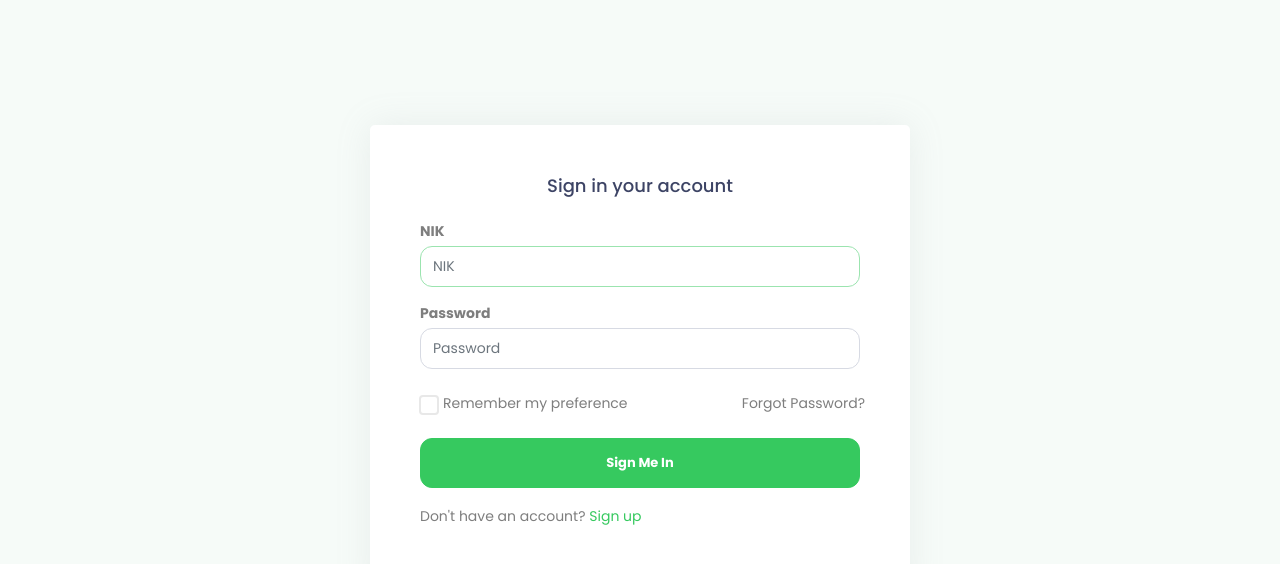
Repository: muhammadzainiy31/skripsi
Page: http://localhost/
These files come from the project's save history. The page is drawn as it stood at one moment and after the next save; the edit follows.
The browser window is 1280 px wide. The pictures show the whole page.
The page is run by PHP 8.4 with error messages shown; the project is at /var/www/html/. Other server files are loaded and not shown.

Above is the page before, as saved 2023-07-01 22:25:20.
Console error (its wording comes from the project's code and is left out).

### index.php
<?php
session_start();
include "koneksi.php";

if (isset($_POST["login"])) {
    $nik = $_POST["nik"];
    $password = $_POST["password"];

    $query = "SELECT * FROM tb_user WHERE nik ='$nik'";
    $result = mysqli_query($conn, $query);

    if (mysqli_num_rows($result) == 1) {
        $hasil = mysqli_fetch_assoc($result);

        if (password_verify($password, $hasil["password"])) {
            $_SESSION = [
                "login" => true,
                "id" => $hasil["id"],
                "nm_user" => $hasil["nm_user"],
                "nik" => $hasil["nik"],
                "status" => $hasil["status"],
                "level" => $hasil["level"]
            ];

            $kode = uniqid();
            $update = mysqli_query($conn, "UPDATE tb_user SET kode ='$kode' WHERE nik='$nik'");

            $_SESSION["kode"] = $kode;

            $level = $hasil["level"];
            $redirect = ($level == 1) ? "Location:surat/index.php" : "Location:./user/index.php";
            header($redirect);
            exit;
        }
    }

    $error = true;
}
?>

<!DOCTYPE html>
<html lang="en" class="h-100">

<head>
    <meta charset="utf-8">
    <meta http-equiv="X-UA-Compatible" content="IE=edge">
    <meta name="viewport" content="width=device-width,initial-scale=1">
    <title>LOGIN APPLIKASI RDO SDC BANJARMASIN</title>
    <!-- Favicon icon -->
    <link rel="icon" type="image/png" sizes="16x16" href="./images/favicon.png">
    <link href="./css/style.css" rel="stylesheet">
</head>

<body class="h-100">
    <div class="authincation h-100">
        <div class="container h-100">
            <div class="row justify-content-center h-100 align-items-center">
                <div class="col-md-6">
                    <div class="authincation-content">
                        <div class="row no-gutters">
                            <div class="col-xl-12">
                                <div class="auth-form">
                                    <h4 class="text-center mb-4">Sign in your account</h4>
                                    <form action="" method="POST">
                                        <div class="form-group">
                                            <label class="mb-1" for="nik"><strong>NIK</strong></label>
                                            <input type="text" class="form-control" name="nik" id="nik" placeholder="NIK" autofocus required>
                                        </div>
                                        <div class="form-group">
                                            <label class="mb-1" for="password"><strong>Password</strong></label>
                                            <input type="password" class="form-control" name="password" id="password" placeholder="Password" required>
                                        </div>
                                        <div class="form-row d-flex justify-content-between mt-4 mb-2">
                                            <div class="form-group">
                                                <div class="custom-control custom-checkbox ml-1">
                                                    <input type="checkbox" class="custom-control-input" id="basic_checkbox_1">
                                                    <label class="custom-control-label" for="basic_checkbox_1">Remember my preference</label>
                                                </div>
                                            </div>
                                            <div class="form-group">
                                                <a href="page-forgot-password.html">Forgot Password?</a>
                                            </div>
                                        </div>
                                        <div class="text-center">
                                            <button type="submit" name="login" value="login" class="btn btn-primary btn-block">Sign Me In</button>
                                        </div>
                                    </form>
                                    <div class="new-account mt-3">
                                        <p>Don't have an account? <a class="text-primary" href="./page-register.html">Sign up</a></p>
                                    </div>
                                </div>
                            </div>
                        </div>
                    </div>
                </div>
            </div>
        </div>
    </div>

    <!--**********************************
        Scripts
    ***********************************-->
    <!-- Required vendors -->
    <script src="./vendor/global/global.min.js"></script>
    <script src="./vendor/bootstrap-select/dist/js/bootstrap-select.min.js"></script>
    <script src="./js/custom.min.js"></script>
    <script src="./js/deznav-init.js"></script>
</body>

</html>

### koneksi.php
<?php
$conn = mysqli_connect ("localhost", "root","","db_report_delivery_order");
date_default_timezone_set("Asia/Singapore");

### icons/avasta/css/style.css
/*--------------------------------

avasta Web Font
Generated using nucleoapp.com

-------------------------------- */
@font-face {
  font-family: 'avasta';
  src: url('../fonts/avasta.eot');
  src: url('../fonts/avasta.eot') format('embedded-opentype'), url('../fonts/avasta.woff2') format('woff2'), url('../fonts/avasta.woff') format('woff'), url('../fonts/avasta.ttf') format('truetype'), url('../fonts/avasta.svg') format('svg');
  font-weight: normal;
  font-style: normal;
}
/*------------------------
	base class definition
-------------------------*/
.icon {
  display: inline-block;
  font: normal normal normal 1em/1 'avasta';
  speak: none;
  text-transform: none;
  /* Better Font Rendering */
  -webkit-font-smoothing: antialiased;
  -moz-osx-font-smoothing: grayscale;
}
/*------------------------
  change icon size
-------------------------*/
/* relative units */
.icon-sm {
  font-size: 0.8em;
}
.icon-lg {
  font-size: 1.2em;
}
/* absolute units */
.icon-16 {
  font-size: 16px;
}
.icon-32 {
  font-size: 32px;
}
/*----------------------------------
  add a square/circle background
-----------------------------------*/
.icon-bg-square,
.icon-bg-circle {
  padding: 0.35em;
  background-color: #eee;
}
.icon-bg-circle {
  border-radius: 50%;
}
/*------------------------------------
  use icons as list item markers
-------------------------------------*/
.icon-ul {
  padding-left: 0;
  list-style-type: none;
}
.icon-ul > li {
  display: flex;
  align-items: flex-start;
  line-height: 1.4;
}
.icon-ul > li > .icon {
  margin-right: 0.4em;
  line-height: inherit;
}
/*------------------------
  spinning icons
-------------------------*/
.icon-is-spinning {
  -webkit-animation: icon-spin 2s infinite linear;
  -moz-animation: icon-spin 2s infinite linear;
  animation: icon-spin 2s infinite linear;
}
@-webkit-keyframes icon-spin {
  0% {
    -webkit-transform: rotate(0deg);
  }
  100% {
    -webkit-transform: rotate(360deg);
  }
}
@-moz-keyframes icon-spin {
  0% {
    -moz-transform: rotate(0deg);
  }
  100% {
    -moz-transform: rotate(360deg);
  }
}
@keyframes icon-spin {
  0% {
    -webkit-transform: rotate(0deg);
    -moz-transform: rotate(0deg);
    -ms-transform: rotate(0deg);
    -o-transform: rotate(0deg);
    transform: rotate(0deg);
  }
  100% {
    -webkit-transform: rotate(360deg);
    -moz-transform: rotate(360deg);
    -ms-transform: rotate(360deg);
    -o-transform: rotate(360deg);
    transform: rotate(360deg);
  }
}
/*------------------------
  rotated/flipped icons
-------------------------*/
.icon-rotate-90 {
  filter: progid:DXImageTransform.Microsoft.BasicImage(rotation=1);
  -webkit-transform: rotate(90deg);
  -moz-transform: rotate(90deg);
  -ms-transform: rotate(90deg);
  -o-transform: rotate(90deg);
  transform: rotate(90deg);
}
.icon-rotate-180 {
  filter: progid:DXImageTransform.Microsoft.BasicImage(rotation=2);
  -webkit-transform: rotate(180deg);
  -moz-transform: rotate(180deg);
  -ms-transform: rotate(180deg);
  -o-transform: rotate(180deg);
  transform: rotate(180deg);
}
.icon-rotate-270 {
  filter: progid:DXImageTransform.Microsoft.BasicImage(rotation=3);
  -webkit-transform: rotate(270deg);
  -moz-transform: rotate(270deg);
  -ms-transform: rotate(270deg);
  -o-transform: rotate(270deg);
  transform: rotate(270deg);
}
.icon-flip-y {
  filter: progid:DXImageTransform.Microsoft.BasicImage(rotation=0);
  -webkit-transform: scale(-1, 1);
  -moz-transform: scale(-1, 1);
  -ms-transform: scale(-1, 1);
  -o-transform: scale(-1, 1);
  transform: scale(-1, 1);
}
.icon-flip-x {
  filter: progid:DXImageTransform.Microsoft.BasicImage(rotation=2);
  -webkit-transform: scale(1, -1);
  -moz-transform: scale(1, -1);
  -ms-transform: scale(1, -1);
  -o-transform: scale(1, -1);
  transform: scale(1, -1);
}
/*------------------------
	icons
-------------------------*/

.icon-cloud-download-95::before {
  content: "\ea02";
}

.icon-home-minimal::before {
  content: "\ea03";
}

.icon-single-04::before {
  content: "\ea04";
}

.icon-users-mm::before {
  content: "\ea05";
}

.icon-webpage::before {
  content: "\ea06";
}

.icon-layout-25::before {
  content: "\ea07";
}

.icon-analytics::before {
  content: "\ea08";
}

.icon-chart-pie-36::before {
  content: "\ea09";
}

.icon-chart-bar-33::before {
  content: "\ea0a";
}

.icon-single-copy-06::before {
  content: "\ea0b";
}

.icon-home::before {
  content: "\ea0c";
}

.icon-single-content-03::before {
  content: "\ea0d";
}

.icon-bell-53::before {
  content: "\ea0e";
}

.icon-email-84::before {
  content: "\ea0f";
}

.icon-send::before {
  content: "\ea10";
}

.icon-at-sign::before {
  content: "\ea11";
}

.icon-attach-87::before {
  content: "\ea12";
}

.icon-edit-72::before {
  content: "\ea13";
}

.icon-tail-right::before {
  content: "\ea14";
}

.icon-minimal-right::before {
  content: "\ea15";
}

.icon-tail-left::before {
  content: "\ea16";
}

.icon-minimal-left::before {
  content: "\ea17";
}

.icon-tail-up::before {
  content: "\ea18";
}

.icon-minimal-up::before {
  content: "\ea19";
}

.icon-minimal-down::before {
  content: "\ea1a";
}

.icon-tail-down::before {
  content: "\ea1b";
}

.icon-settings-gear-64::before {
  content: "\ea1c";
}

.icon-settings::before {
  content: "\ea1d";
}

.icon-menu-dots::before {
  content: "\ea1e";
}

.icon-menu-left::before {
  content: "\ea1f";
}

.icon-funnel-40::before {
  content: "\ea20";
}

.icon-filter::before {
  content: "\ea21";
}

.icon-preferences-circle::before {
  content: "\ea22";
}

.icon-check-2::before {
  content: "\ea23";
}

.icon-cart-simple::before {
  content: "\ea24";
}

.icon-cart-9::before {
  content: "\ea25";
}

.icon-card-update::before {
  content: "\ea26";
}

.icon-basket::before {
  content: "\ea27";
}

.icon-check-circle-07::before {
  content: "\ea28";
}

.icon-simple-remove::before {
  content: "\ea29";
}

.icon-circle-remove::before {
  content: "\ea2a";
}

.icon-alert-circle-exc::before {
  content: "\ea2b";
}

.icon-bug::before {
  content: "\ea2c";
}

.icon-share-66::before {
  content: "\ea2d";
}

.icon-time-3::before {
  content: "\ea2e";
}

.icon-time::before {
  content: "\ea2f";
}

.icon-coffee::before {
  content: "\ea30";
}

.icon-smile::before {
  content: "\ea31";
}

.icon-sad::before {
  content: "\ea32";
}

.icon-broken-heart::before {
  content: "\ea33";
}

.icon-heart-2::before {
  content: "\ea34";
}

.icon-pin-3::before {
  content: "\ea35";
}

.icon-marker-3::before {
  content: "\ea36";
}

.icon-globe-2::before {
  content: "\ea37";
}

.icon-world-2::before {
  content: "\ea38";
}

.icon-phone-2::before {
  content: "\ea39";
}

.icon-check-square-11::before {
  content: "\ea3a";
}

.icon-wallet-90::before {
  content: "\ea3b";
}

.icon-credit-card::before {
  content: "\ea3c";
}

.icon-payment::before {
  content: "\ea3d";
}

.icon-tag::before {
  content: "\ea3e";
}

.icon-tag-cut::before {
  content: "\ea3f";
}

.icon-tag-content::before {
  content: "\ea40";
}

.icon-flag-diagonal-33::before {
  content: "\ea41";
}

.icon-triangle-right-17::before {
  content: "\ea47";
}

.icon-puzzle-10::before {
  content: "\ea48";
}

.icon-triangle-right-17-2::before {
  content: "\ea49";
}

.icon-btn-play::before {
  content: "\ea4a";
}

.icon-btn-play-2::before {
  content: "\ea4b";
}

.icon-menu-34::before {
  content: "\ea4c";
}

.icon-menu-left-2::before {
  content: "\ea4d";
}

.icon-heart-2-2::before {
  content: "\ea4e";
}

.icon-single-04-2::before {
  content: "\ea4f";
}

.icon-users-mm-2::before {
  content: "\ea50";
}

.icon-l-settings::before {
  content: "\ea51";
}

.icon-book-open-2::before {
  content: "\ea52";
}

.icon-layers-3::before {
  content: "\ea53";
}

.icon-logo-fb-simple::before {
  content: "\ea55";
}

.icon-logo-twitter::before {
  content: "\ea56";
}

.icon-google::before {
  content: "\ea57";
}

.icon-logo-pinterest::before {
  content: "\ea58";
}

.icon-logo-instagram::before {
  content: "\ea59";
}

.icon-logo-dribbble::before {
  content: "\ea5a";
}

.icon-tablet-mobile::before {
  content: "\ea5b";
}

.icon-house-search-engine::before {
  content: "\ea5c";
}

.icon-house-pricing::before {
  content: "\ea5d";
}

.icon-pulse-chart::before {
  content: "\ea5e";
}

.icon-plug::before {
  content: "\ea5f";
}

.icon-app-store::before {
  content: "\ea60";
}

.icon-power-level::before {
  content: "\ea61";
}

.icon-window-add::before {
  content: "\ea62";
}

.icon-form::before {
  content: "\ea63";
}

.icon-folder-15::before {
  content: "\ea64";
}

.icon-lock::before {
  content: "\ea65";
}

.icon-unlocked::before {
  content: "\ea66";
}

.icon-e-reader::before {
  content: "\ea67";
}

.icon-layout-grid::before {
  content: "\ea68";
}

.icon-single-copies::before {
  content: "\ea69";
}

Loaded but not shown: css/style.css (library); js/custom.min.js (library); js/deznav-init.js (common file); icons/font-awesome-old/css/font-awesome.min.css (library); icons/material-design-iconic-font/css/materialdesignicons.min.css (library); icons/themify-icons/css/themify-icons.css (common file); icons/line-awesome/css/line-awesome.min.css (library); icons/flaticon/flaticon.css (common file); icons/icomoon/icomoon.css (common file); icons/simple-line-icons/css/simple-line-icons.css (754 lines, source omitted)

After the next save:
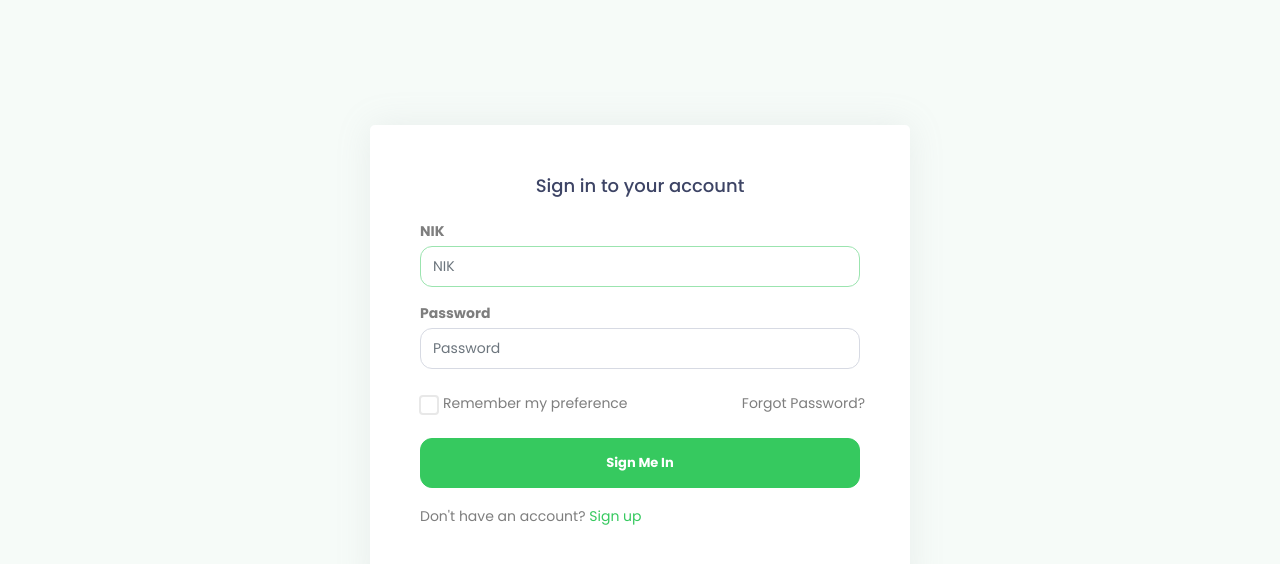
Saved 6 min 24 s later.
--- a/index.php
+++ b/index.php
@@ -13,14 +13,12 @@ if (isset($_POST["login"])) {
         $hasil = mysqli_fetch_assoc($result);
 
         if (password_verify($password, $hasil["password"])) {
-            $_SESSION = [
-                "login" => true,
-                "id" => $hasil["id"],
-                "nm_user" => $hasil["nm_user"],
-                "nik" => $hasil["nik"],
-                "status" => $hasil["status"],
-                "level" => $hasil["level"]
-            ];
+            $_SESSION["login"] = true;
+            $_SESSION["id"] = $hasil["id"];
+            $_SESSION["nm_user"] = $hasil["nm_user"];
+            $_SESSION["nik"] = $hasil["nik"];
+            $_SESSION["status"] = $hasil["status"];
+            $_SESSION["level"] = $hasil["level"];
 
             $kode = uniqid();
             $update = mysqli_query($conn, "UPDATE tb_user SET kode ='$kode' WHERE nik='$nik'");
@@ -29,7 +27,7 @@ if (isset($_POST["login"])) {
 
             $level = $hasil["level"];
             $redirect = ($level == 1) ? "Location:surat/index.php" : "Location:./user/index.php";
-            header($redirect);
+            header("Location: " . $redirect);
             exit;
         }
     }
@@ -60,7 +58,7 @@ if (isset($_POST["login"])) {
                         <div class="row no-gutters">
                             <div class="col-xl-12">
                                 <div class="auth-form">
-                                    <h4 class="text-center mb-4">Sign in your account</h4>
+                                    <h4 class="text-center mb-4">Sign in to your account</h4>
                                     <form action="" method="POST">
                                         <div class="form-group">
                                             <label class="mb-1" for="nik"><strong>NIK</strong></label>
